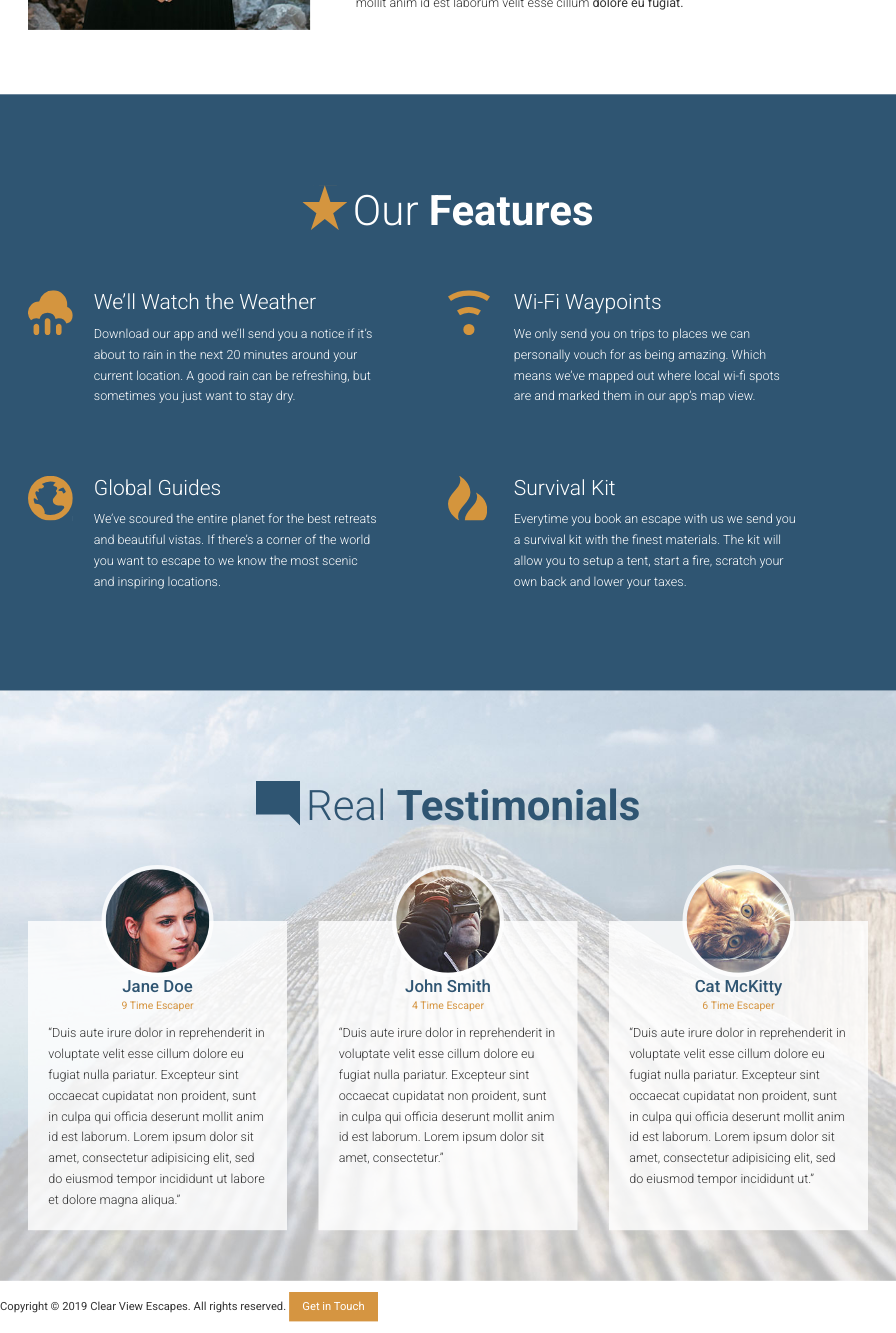
Repository: User0N/Travel-Website
Page: app/index.html
These files come from the project's save history. The page is drawn as it stood at one moment and after the next save; the edit follows.
The browser window is 1280 px wide. The pictures show the part of the page from y = 2304 to 4224 px (the page is 4208 px tall before and 4224 px after), at 70% of full size.
A picture or video elsewhere on the page could not be fetched, so the positions and the page height are approximate.

Above is the page before, as saved 2020-01-11 21:16:42.

After the next save:
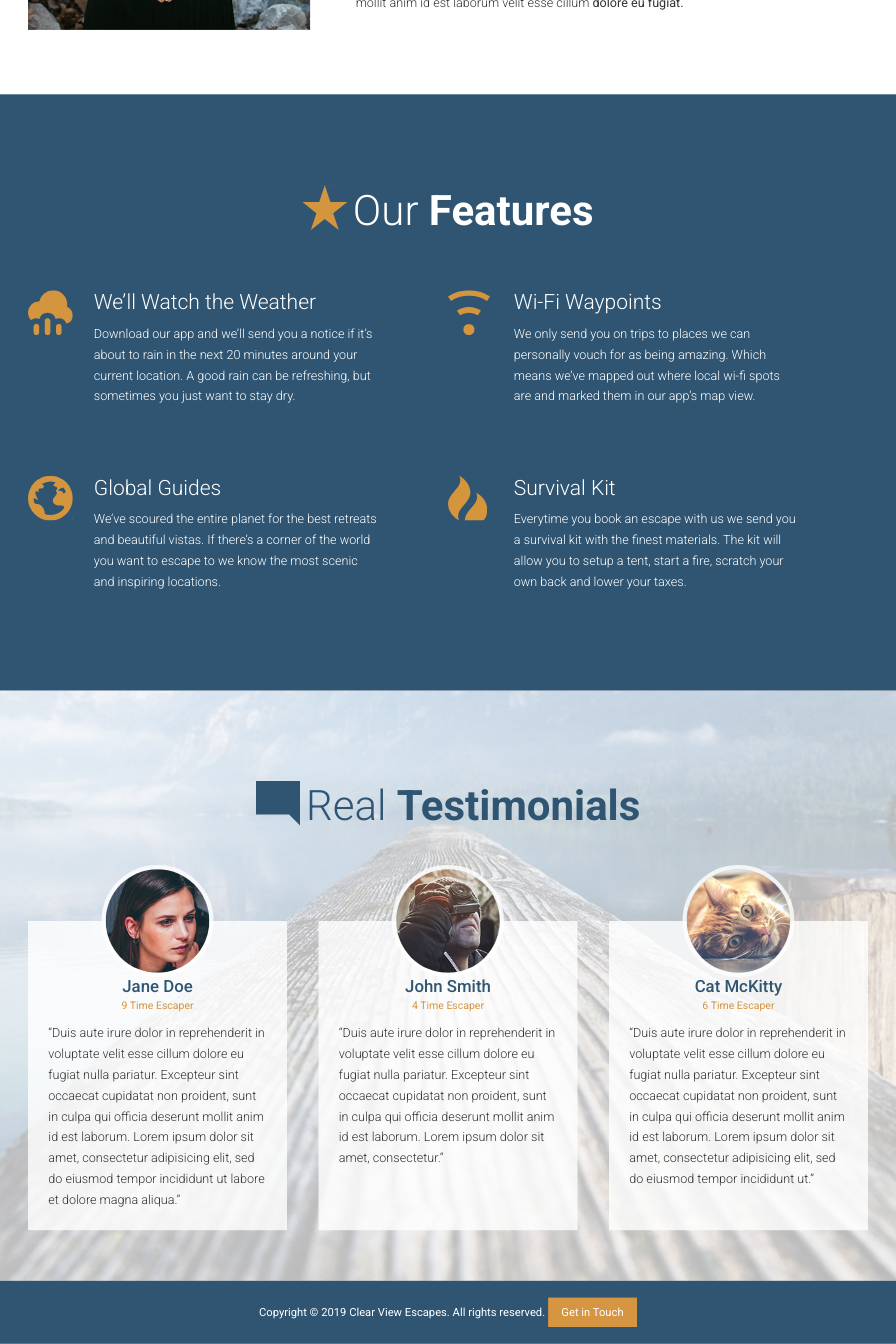
Saved 19 s later.
--- a/app/index.html
+++ b/app/index.html
@@ -216,7 +216,7 @@
     </div>
   </div>
 
-  <footer>
+  <footer class="site-footer">
     <p>Copyright &copy; 2019 Clear View Escapes. All rights reserved. <a href="#" class="btn btn--orange">Get in
         Touch</a></p>
   </footer>
